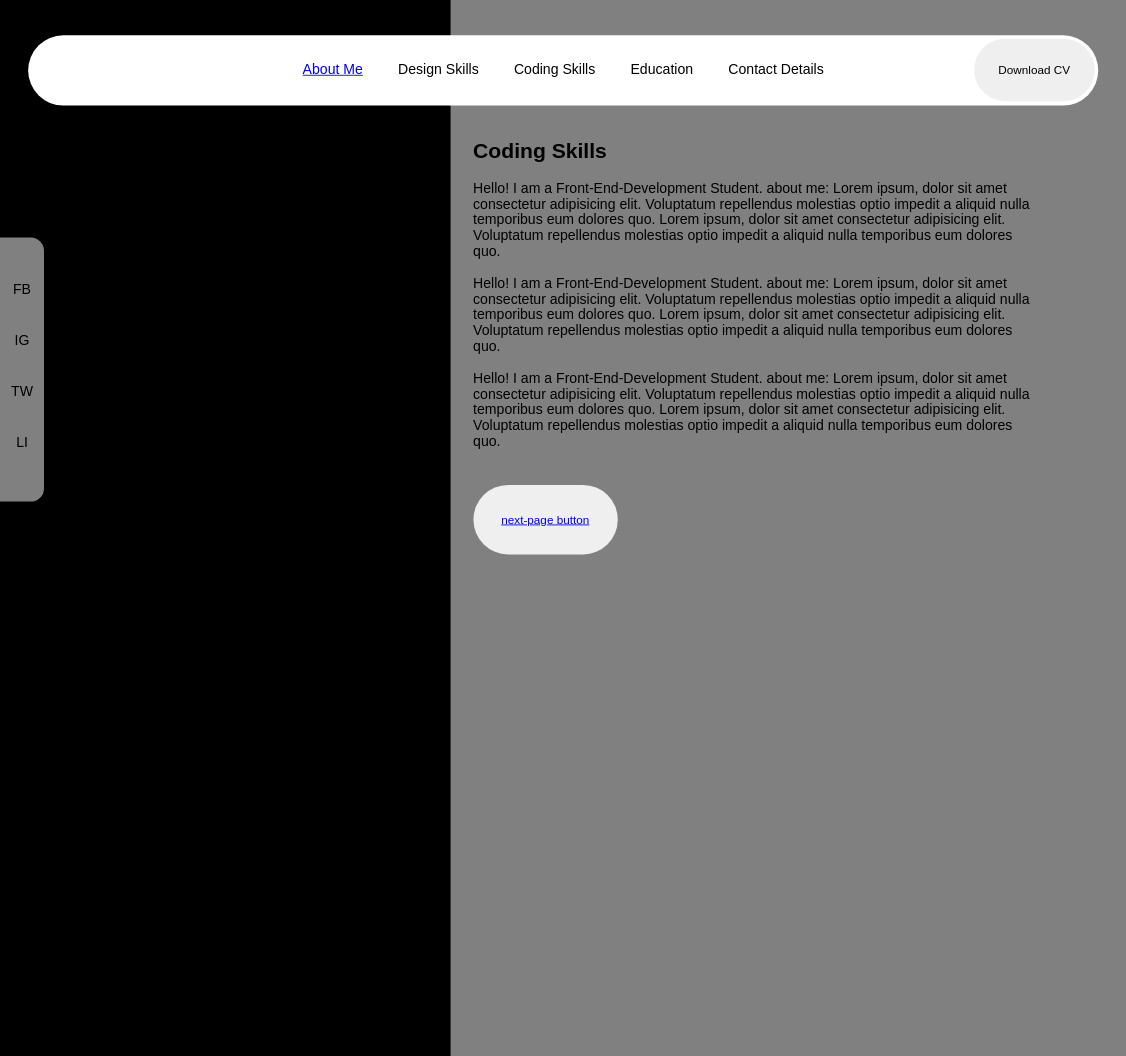
Repository: WesleyErasmus/MyDigitalResume-4
Page: codingSkills.html
These files come from the project's save history. The page is drawn as it stood at one moment and after the next save; the edit follows.
The browser window is 1280 px wide. The pictures show the whole page, at 88% of full size.

Above is the page before, as saved 2022-02-19 21:38:20.

After the next save:
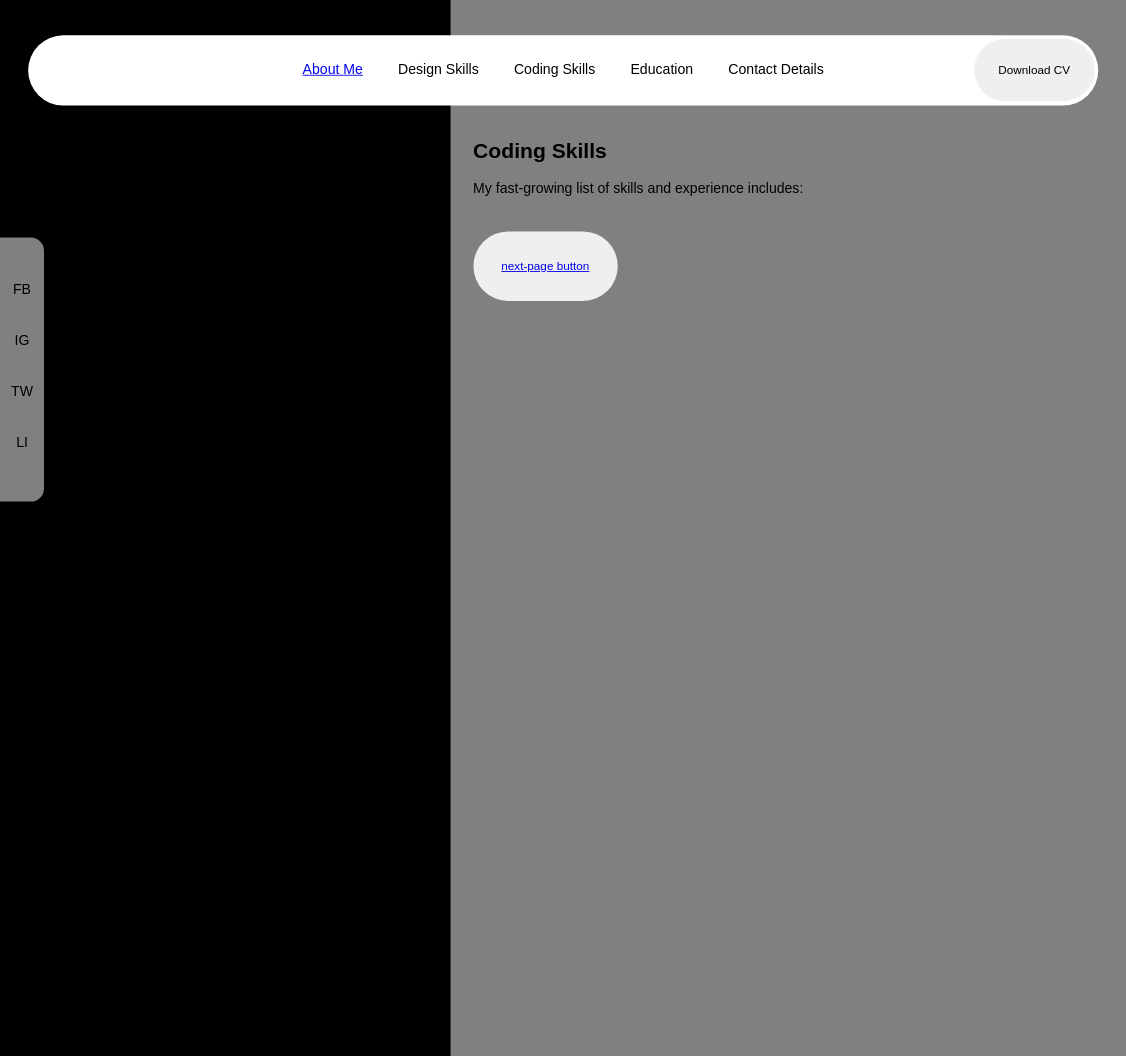
Saved 40 s later.
--- a/codingSkills.html
+++ b/codingSkills.html
@@ -40,11 +40,7 @@
          <article>
              <h1 ID="title">Coding Skills</h1>
             <div class="coding-skills">
-                <p>Hello! I am a Front-End-Development Student. about me: Lorem ipsum, dolor sit amet consectetur adipisicing elit. Voluptatum repellendus molestias optio impedit a aliquid nulla temporibus eum dolores quo. Lorem ipsum, dolor sit amet consectetur adipisicing elit. Voluptatum repellendus molestias optio impedit a aliquid nulla temporibus eum dolores quo.</p>
-                <br>
-                <p>Hello! I am a Front-End-Development Student. about me: Lorem ipsum, dolor sit amet consectetur adipisicing elit. Voluptatum repellendus molestias optio impedit a aliquid nulla temporibus eum dolores quo. Lorem ipsum, dolor sit amet consectetur adipisicing elit. Voluptatum repellendus molestias optio impedit a aliquid nulla temporibus eum dolores quo.</p>
-                <br>
-                <p>Hello! I am a Front-End-Development Student. about me: Lorem ipsum, dolor sit amet consectetur adipisicing elit. Voluptatum repellendus molestias optio impedit a aliquid nulla temporibus eum dolores quo. Lorem ipsum, dolor sit amet consectetur adipisicing elit. Voluptatum repellendus molestias optio impedit a aliquid nulla temporibus eum dolores quo.</p>
+                <p>My fast-growing list of skills and experience includes:</p>
             </div>
             <button class="next-page">
                 <a href="/about.html" target="">next-page button</a>
